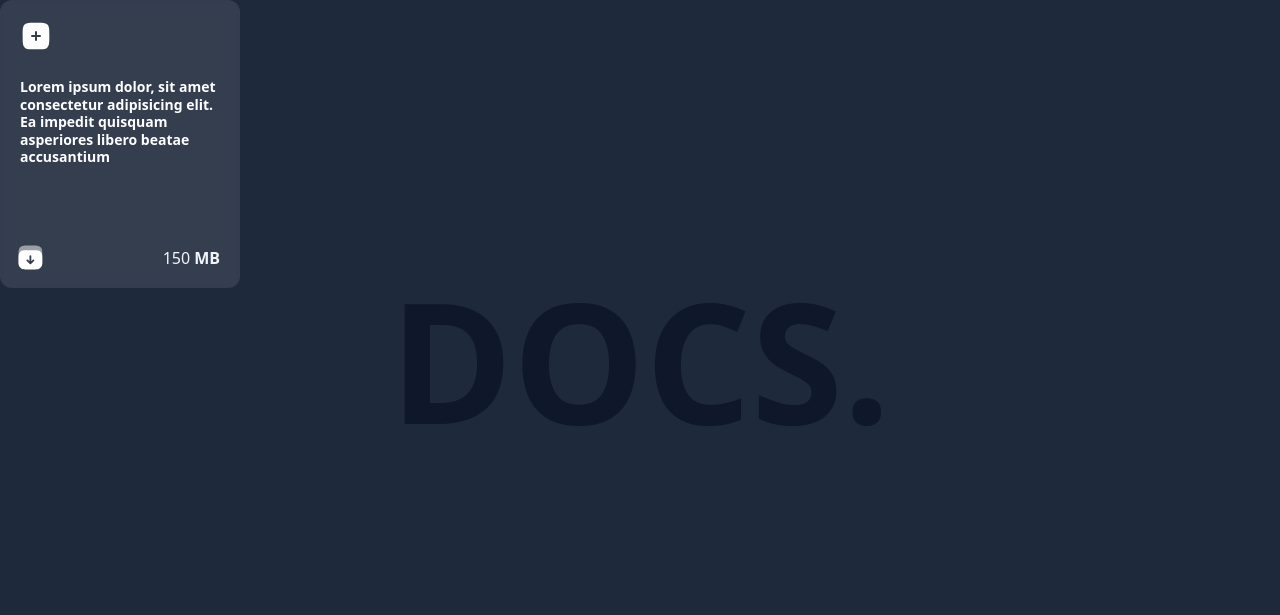
Repository: aliakbarmotallebi/framer-react
Page: /
The author's editor kept a copy of each file at every save. The page is drawn from the files as they stood at one save, then again after the next save.
The browser window is 1280 px wide. The pictures show the whole page.
The project was rebuilt for these pictures with package versions that can differ from the ones it lists, and the page was loaded fresh each time.

Above is the page before, as saved 2024-08-14 22:56:46.

After the next save:
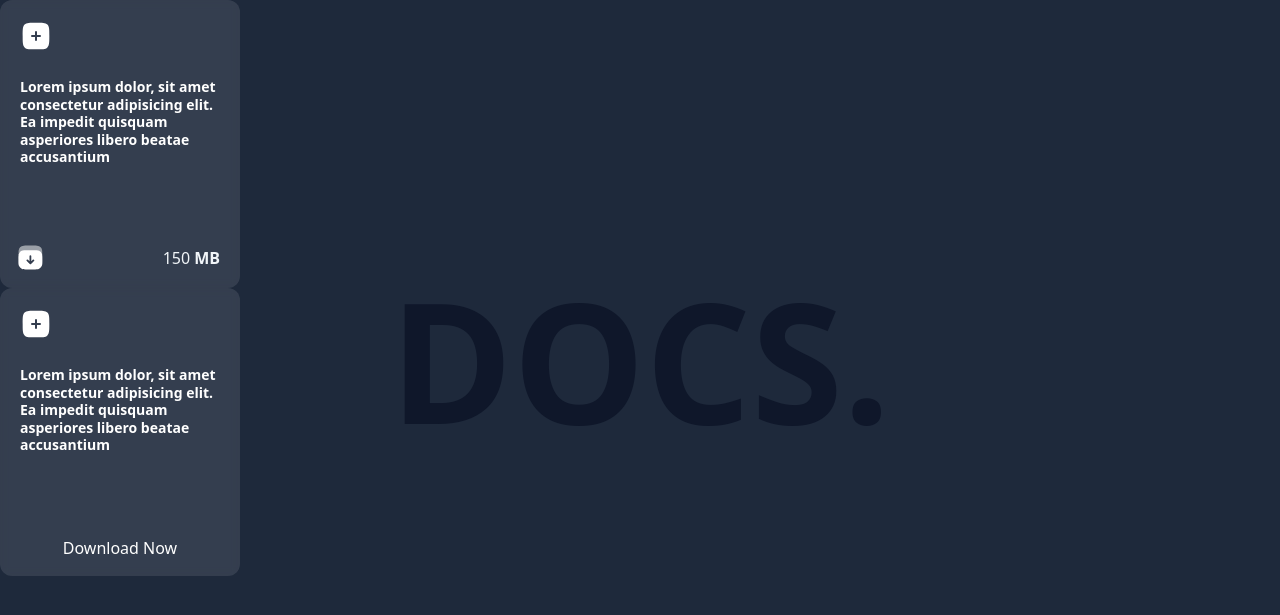
Saved 36 s later.
--- a/src/App.js
+++ b/src/App.js
@@ -8,6 +8,7 @@ function App() {
       <Background />
       <div className="fixed left-0 top-0 z-[3] h-full w-full">
         <Card />
+        <Card isDownload={true} />
       </div>
     </div>
   );
